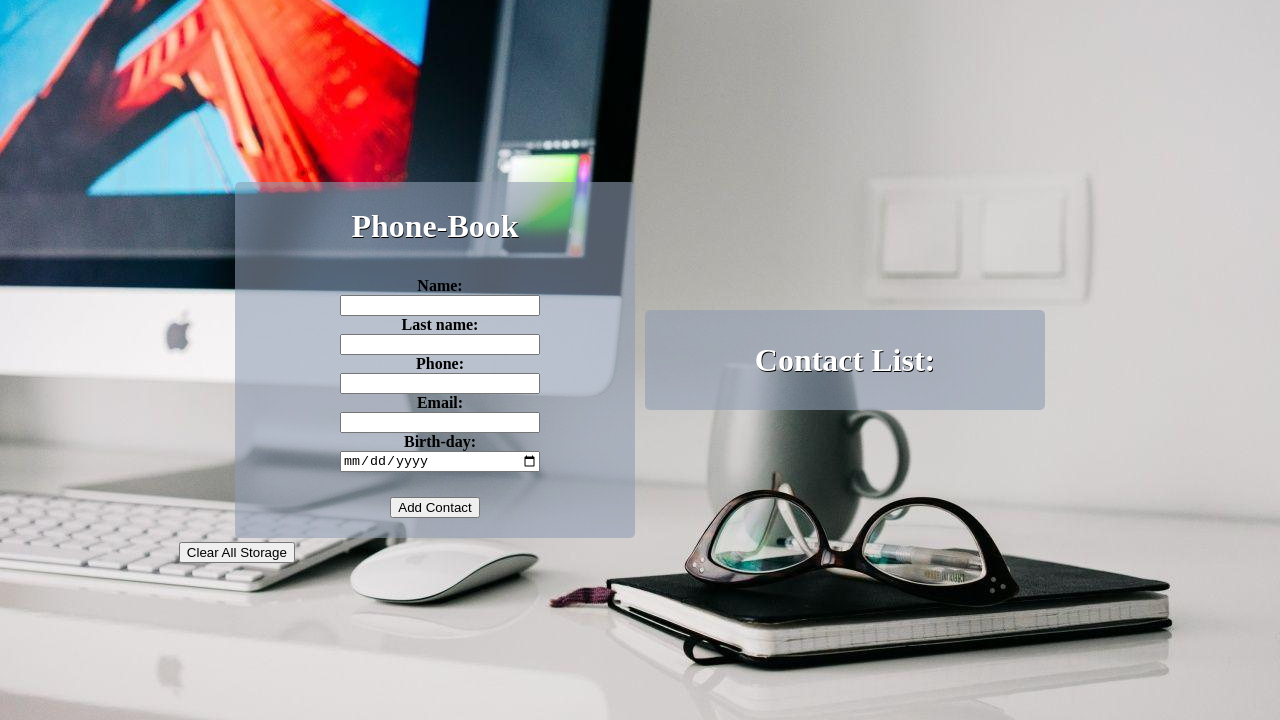
Repository: STA1357/Phone-book
Page: Inner.html
An editor plug-in stored every save of this project. The page is shown before and after the next save, followed by the edit.
The browser window is 1280 px wide. The pictures show the whole page.

Above is the page before, as saved 2020-12-11 11:15:33.

### Inner.html
<!DOCTYPE html>
<html lang="en">
<head>
    <meta charset="UTF-8">
    <meta name="viewport" content="width=device-width, initial-scale=1.0">
    <title>Phone Book</title>
    <link rel="stylesheet" href="./styles.css">
    <script src="./app.js"></script>
</head>
<body>
    <form action="#" method="POST">

        <header>
            <div class="header-title">
                <h1>Phone-Book</h1>
            </div>
        </header>

        <main>
            <div class="container">
                <label for="name">Name:</label>
                <input type="text" id="nameInput">
                <label for="lname">Last name:</label>
                <input type="text" id="lnameInput">
                <label for="tel">Phone:</label>
                <input type="text" id="telInput" class="tellinput">
                <label for="email">Email:</label>
                <input type="email" id="emailInput">
                <label for="birthname">Birth-day:</label>
                <input type="date" id="birthInput">
            </div>

        </main>

        <div class="btn">
        <button type="submit" id="btnAdd">Add Contact</button>
    </div>
    </form>
<div class="list-container">
    <h2 class="listTitle">Contact List:</h2>
    <ul id="users"></ul>
</div>
<div class="removeAll">
    <button type="submit" class="btnRemove">Clear All Storage</button>
</div>
</body>
</html>

### styles.css
*{
    box-sizing: border-box;

}

body{
    display: flex;
    flex-direction: row;
    align-items: center;
    justify-content: center;
    min-height: 100vh;
    margin: 0;
    background: url("./wp3990421-office-wallpapers.jpg") no-repeat fixed center center;
    background-size: cover;
}

.header-title{
    color: white;
    text-shadow: 0.5px 0.5px black;
}

form{

    background-color: rgba(144, 156, 179, 0.589);
    width: 400px;
    max-width: 100%;
    margin-right: 10px;
    text-align: center;
    border-radius: 5px;
    position: relative;
}

main{
    margin-left: 25%;
}

.container{
    text-align: center;
    display: block;
    width: 70%;
}

.list-container{
    background-color: rgba(144, 156, 179, 0.589);
    width: 400px;
    max-width: 100%;
    page-break-after: 30px 40px;
    border-radius: 5px;
}

.listTitle{
    color: white;
    text-shadow: 0.7px 0.7px black;
    font-size: 32px;
}

.titleLi{
    color: rgb(190, 14, 14);
    text-shadow: 0.5px 0.5px black;
    font-size: 22px;
}

.infoList{
    color: black;
    font-size: 18px;
}

h2{
    text-align: center;
}

label{
    font-weight: bold;
}

input{
    width: 100%;
}








.btn{
    padding: 20px 0;
}


.selected{
    background-color: skyblue;
    color: black;
    text-shadow: 0.5px 0.5px grey;
}

.deleteBtn::before{
    color: brown;
    content: "delete";
}

.deleteAll::before{
    color: brown;
    content: "delete";
}

div{
    padding: 5px;
}

li{
    font-weight: bold;
    font-style: italic;
}

.removeAll{
    display: block;
    position: absolute;
    margin-left: -63%;
    margin-bottom: -30%;
}

### app.js
window.onload = function() {
    const localKey = 'contactsCollection';
    const form = document.querySelector('form');
    const list = document.getElementById('users');
    const userName = document.getElementById('nameInput');
    const userLname = document.getElementById('lnameInput');
    const userTel = document.getElementById('telInput');
    const userEmail = document.getElementById('emailInput');
    const userBirth = document.getElementById('birthInput');



    let contactsList = getContacts();
    let activeContact = null;

    generateContactList();

    function getContacts() {
        const res = localStorage.getItem(localKey);
        return res ? JSON.parse(res) : [];
    }

    function setToStorage(data) {
        localStorage.setItem(localKey, data);
    }

    function updateContactList(newList) {
        const string = JSON.stringify(newList);
        contactsList = newList;
        setToStorage(string);
        generateContactList();
    }

    function recordContact(newContact) {
        updateContactList([...contactsList, newContact])
    }

    function updateContact(newData) {
        contactsList = contactsList.map(contact => contact.id === newData.id ? newData : contact);
        updateContactList(contactsList);
    }

    function deleteContact(removeId) {
        contactsList = contactsList.filter(({ id }) => id !== removeId);
        updateContactList(contactsList);
    }

    function setActiveContact(id) {
        const contact = document.getElementById(`contact-${id}`);
        contact.classList.toggle('active');
    }

    function generateContactList() {
        console.log(contactsList);
        const fragment = document.createDocumentFragment();
        contactsList.forEach((contact) => {
            const { id, name, lastName, phone, mail, birthDay } = contact;
            const container = document.createElement('div');

            container.onclick = () => setActiveContact(id);
            container.id = `contact-${id}`;
            const title = document.createElement('li');
            title.className = 'titleLi'
            title.innerText = `${name} ${lastName}`;

            const infoList = document.createElement('b');
            infoList.className = 'infoList'
            infoList.innerText = `${phone}
            ${mail}
            ${birthDay}`;
            // phonesList.innerText = phones.join(' ');
            container.appendChild(title);
            container.appendChild(infoList);
            fragment.appendChild(container);

            const deleteBtn = document.createElement('button');
            deleteBtn.className = 'deleteBtn'
            fragment.appendChild(deleteBtn);
            deleteBtn.addEventListener('mousedown', function (e) {
                e.preventDefault();
            })

            deleteBtn.addEventListener('click', function (e) {
                console.log(e);
                container.removeChild(title);
                container.removeChild(infoList);
                deleteBtn.style.display = 'none';


            })

            //const btn = document.createElement('button');
            //btn.onclick = () => !deleteContact(removeId);
            //btn.appendChild(container)
            //window.localStorage.clear();

            container.addEventListener('mousedown', function (e) {
                e.preventDefault();
            })

            container.addEventListener('click', function (e) {
                console.log(e);


                if (e.target == this) {
                    return false;

                }
                if (!e.ctrlKey) {
                    clearSelected(this.children);
                }
                addSelected(e.target);
            })

            function clearSelected(elems) {
                for (let elem of elems) {
                    elem.classList.remove('selected');
                }
            }

            function addSelected(target) {
                target.classList.add('selected');
            }
        });


        list.innerHTML = '';
        list.appendChild(fragment);


    }

    function getId() {
        return '_' + Math.random().toString(36).substr(2, 9);
    };

    form.onsubmit = (event) => {
        event.preventDefault();
        const contact = {
            id: getId(),
            name: userName.value,
            lastName: userLname.value,
            phone: userTel.value,
            mail: userEmail.value,
            birthDay: userBirth.value
        }
        recordContact(contact);
        console.log(contact);
    }
}


//function move_up() {
//document.getElementById('list-container').scrollTop += 10;
//}

//function move_down() {
//document.getElementById('list-container').scrollTop -= 10;
//}

// const form = document.querySelector('form')
// const list = document.getElementById('users')
// const userName = document.getElementById('nameInput')
// const userLname = document.getElementById('lnameInput')
// const userTel = document.getElementById('telInput')
// const userEmail = document.getElementById('emailInput')
// const userBirth = document.getElementById('birthInput')
// const entry = document.createElement('li')


// function addUser() {
//     const list = document.getElementById('users')
//     const userName = document.getElementById('nameInput')
//     const userLname = document.getElementById('lnameInput')
//     const userTel = document.getElementById('telInput')
//     const userEmail = document.getElementById('emailInput')
//     const userBirth = document.getElementById('birthInput')
//     const entry = document.createElement('li')
//     entry.appendChild(document.createTextNode(userName.value + ' ' + userLname.value + ' '
//     + userTel.value + ' ' + userEmail.value + ' ' + userBirth.value))
//     list.appendChild(entry)
//     return false

// }

// let bookContacts = [];

// const addContacts = (ev) => {
//     ev.preventDefault();
//     let contact = {
//         name: document.getElementById('nameInput').value,
//         lname: userLname.value,
//         tel: userTel.value,
//         email: userEmail.value,
//         birthday: userBirth.value
//     }
//     bookContacts.push(contact);
//     document.forms[0].reset();
// }
// document.addEventListener('DomContentLoad', () =>{
//     document.getElementById('btnAdd').addEventListener('click',addContacts)
// })
// console.log(bookContacts);




/*class Person{
    constructor(options){
        this.name = options.name
        this.lname = options.lname
        this.tel = options.tel
        this.email = options.email
        this.birthday = options.birthday
    }
}

class User extends Person{
    static type = "User"
}

const user = new User({
    name: "",
    lname: "",
    tel: "",
    email:"",
    birthday:""
})


localStorage.setItem('userInfo', JSON.stringify(user));




const raw = localStorage.getItem('userInfo')
const userInfo = JSON.parse(raw)
userInfo.name = 'Maxim'

console.log(userInfo);*/

After the next save:
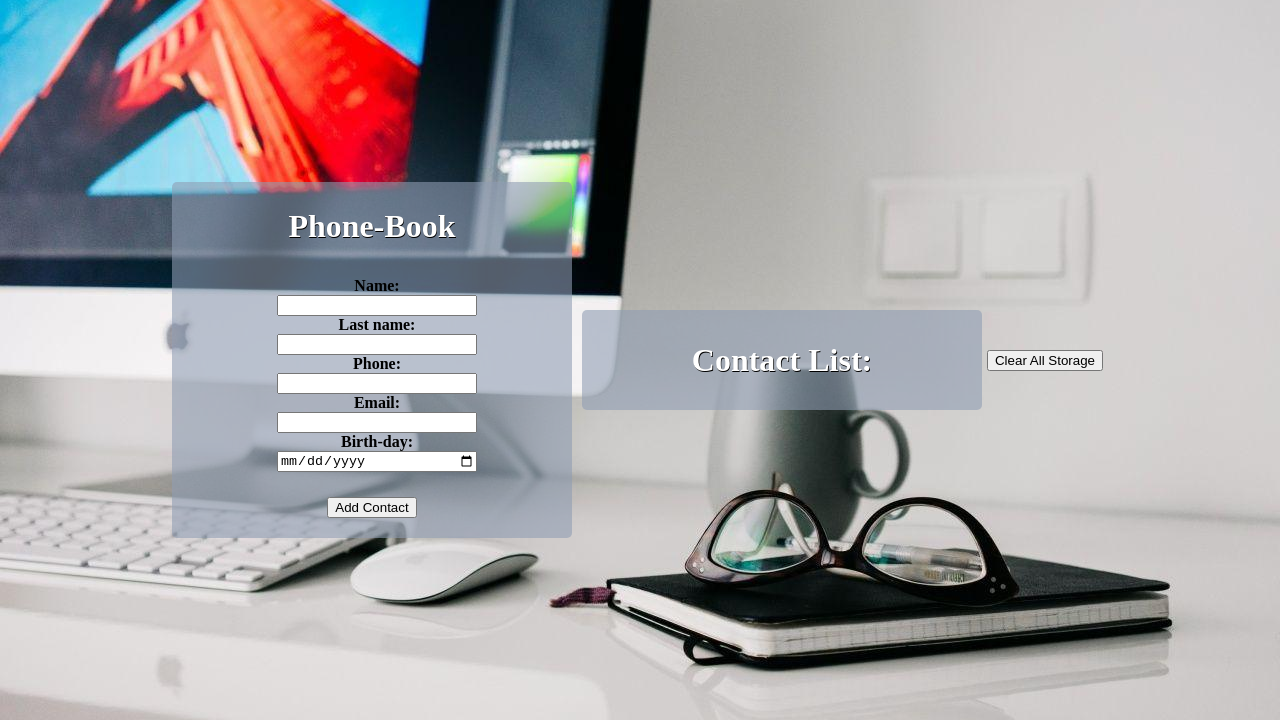
Saved 51 s later.
--- a/styles.css
+++ b/styles.css
@@ -116,7 +116,5 @@ li{
 
 .removeAll{
     display: block;
-    position: absolute;
-    margin-left: -63%;
-    margin-bottom: -30%;
+
 }

After the 2 saves that followed:
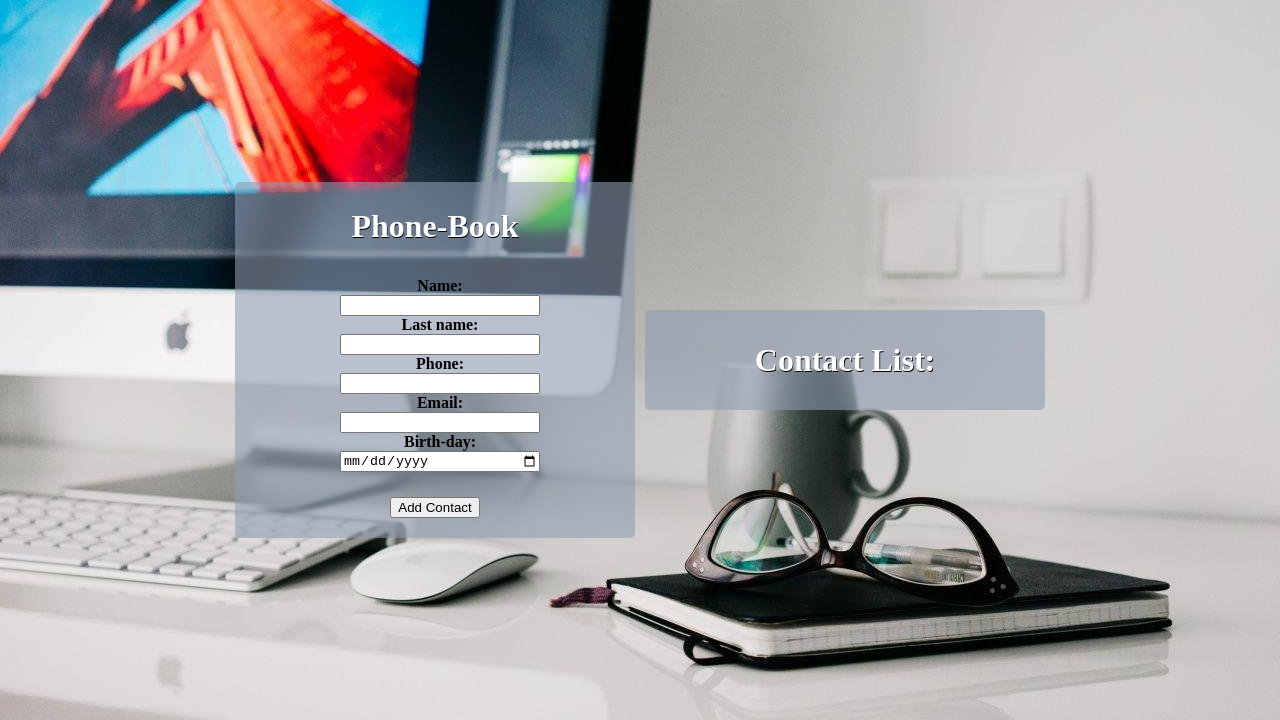
The 2 saves are shown as one change because 1 left the picture as it was.
The last was saved 84 s later.
--- a/Inner.html
+++ b/Inner.html
@@ -40,8 +40,6 @@
     <h2 class="listTitle">Contact List:</h2>
     <ul id="users"></ul>
 </div>
-<div class="removeAll">
-    <button type="submit" class="btnRemove">Clear All Storage</button>
-</div>
+
 </body>
 </html>
--- a/styles.css
+++ b/styles.css
@@ -113,8 +113,3 @@ li{
     font-weight: bold;
     font-style: italic;
 }
-
-.removeAll{
-    display: block;
-
-}
